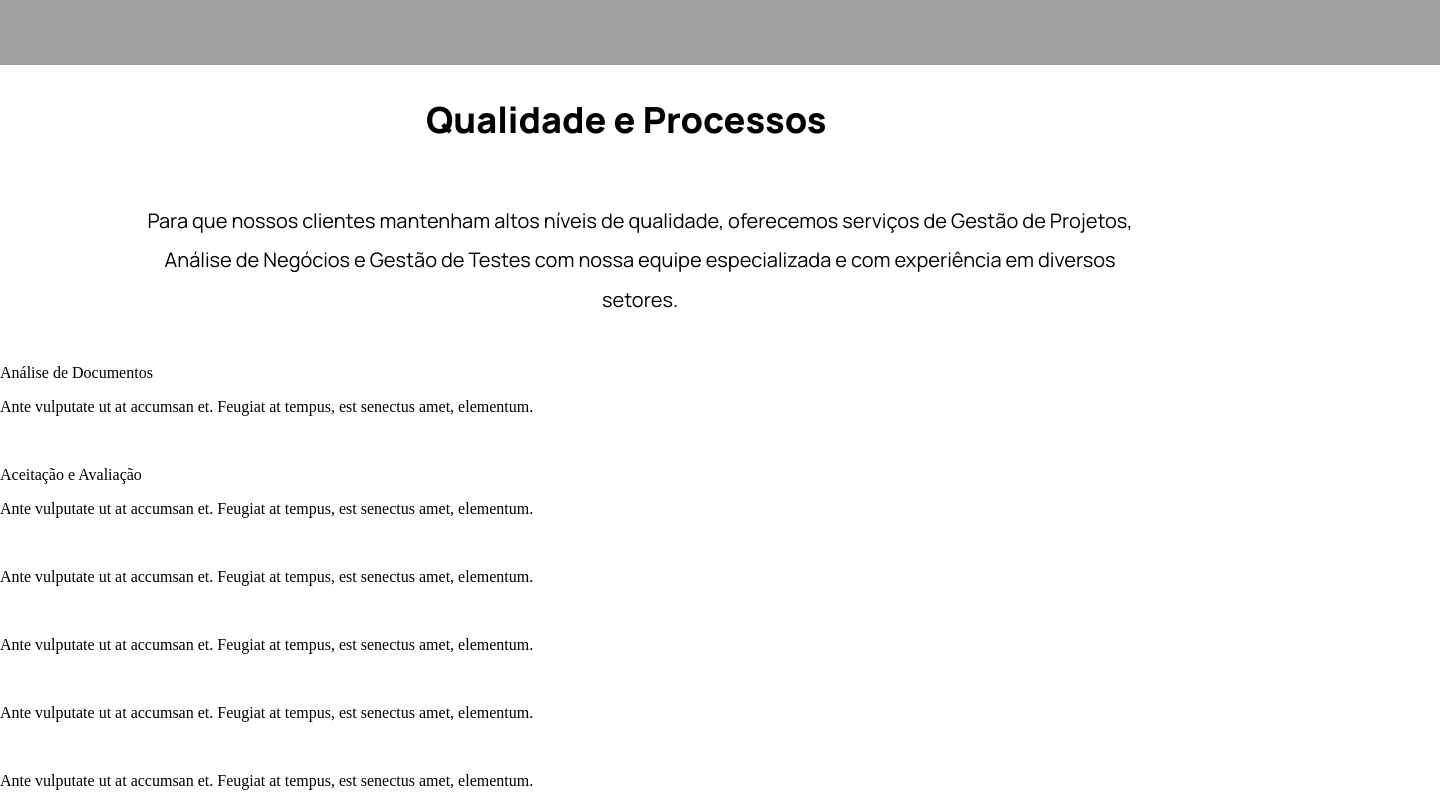
Repository: kleber-goncalves/Landing-Page-Gestao-de-projetos-dnc
Page: index.html
The author's editor kept a copy of each file at every save. The page is drawn from the files as they stood at one save, then again after the next save.
The browser window is 1280 px wide. The page is 1440 px wide, so the pictures cover 1440 px, including what lies to the right of the window. The pictures show the part of the page from y = 689 to 1529 px (the page is 1495 px tall before and 1529 px after).
Pictures or frames that could not be fetched are drawn as grey boxes.

Above is the page before, as saved 2025-01-04 15:54:16.

After the next save:
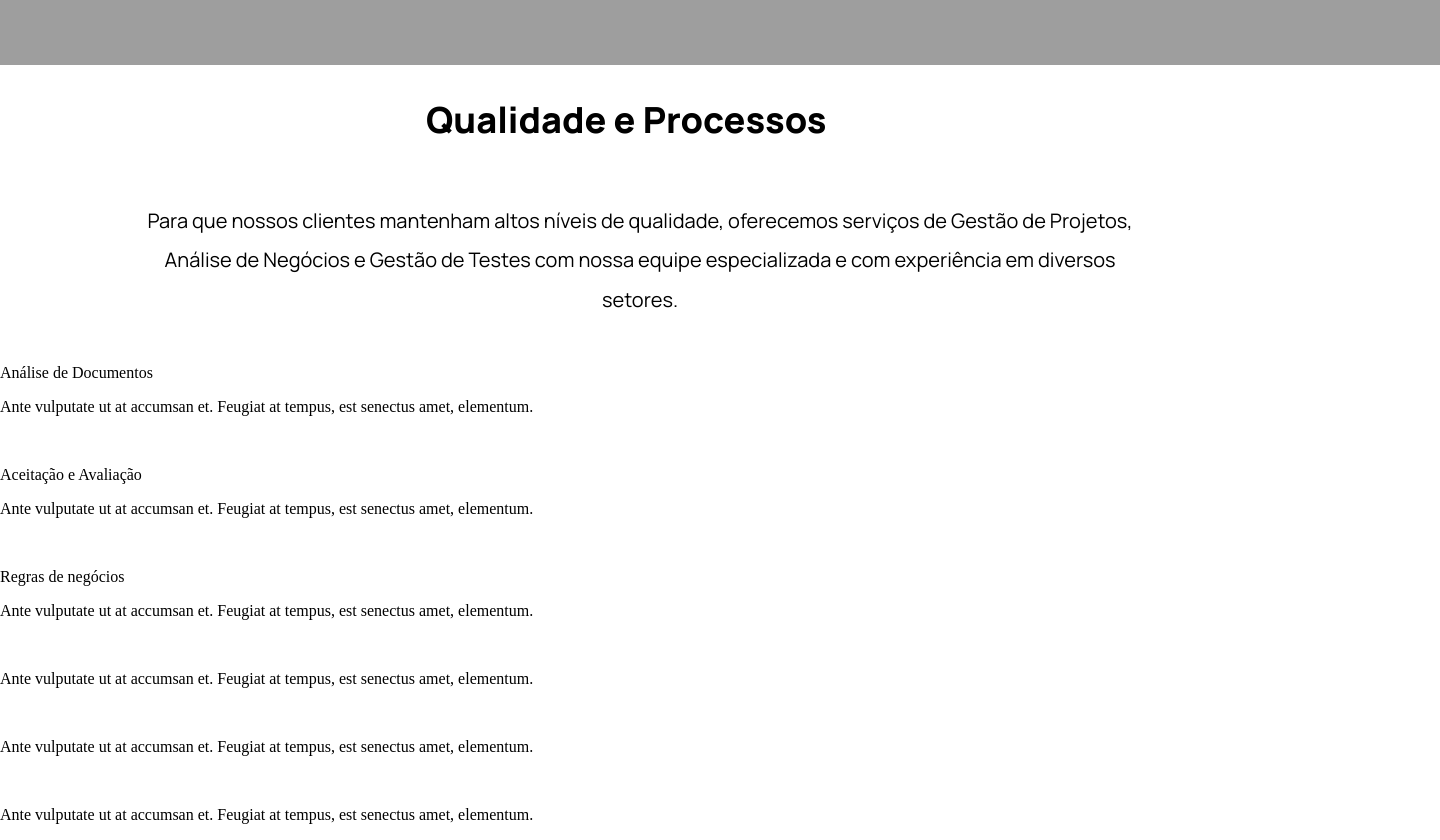
Saved 23 s later.
--- a/index.html
+++ b/index.html
@@ -41,7 +41,7 @@
                 </div>
                 <div id="icons-coroa">
                     <img class="img-icons" src="" alt="">
-                    <p class="txt-icons"></p>
+                    <p class="txt-icons">Regras de negócios</p>
                     <p class="sub-icons">Ante vulputate ut at accumsan et. Feugiat at tempus, est senectus amet, elementum.</p>
                 </div>
                 <div id="icons-fluxos">
